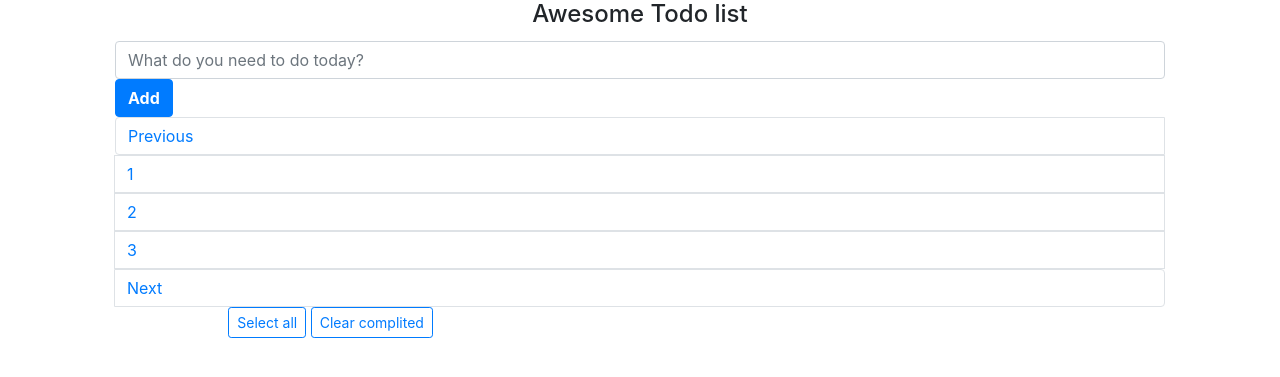
Repository: alohamylight/todolist
Page: index.html
The author's editor kept a copy of each file at every save. The page is drawn from the files as they stood at one save, then again after the next save.
The browser window is 1280 px wide. The pictures show the whole page.
Empty fields were first filled with sample values (such as "Sample", 5 or name@example.com).
After loading, the first visible `#add` was clicked once.
Some web libraries are served in a nearby version.

Above is the page before, as saved 2021-06-04 12:35:27.
Console error: ReferenceError: counter is not defined

### index.html
<!DOCTYPE html>
<html lang="ru">
 <head>
<meta charset="utf-8">
<meta name="viewport" content="width=device-width, initial-scale=1, shrink-to-fit=no">
<!-- Bootstrap CSS -->
<link rel="stylesheet" href="https://maxcdn.bootstrapcdn.com/bootstrap/4.0.0/css/bootstrap.min.css" integrity="sha384-Gn5384xqQ1aoWXA+058RXPxPg6fy4IWvTNh0E263XmFcJlSAwiGgFAW/dAiS6JXm" crossorigin="anonymous">
 </head>
 <body>
        <div class="container">
            <div class="col-md-auto" id="todo_list">
                        <h4 class="card-title text-center">Awesome Todo list</h4>
                        <div class="container" id="create_new_todo">
                            <input type="text" class="form-control todo-list-input" id="message" placeholder="What do you need to do today?">
                            <button class="add btn btn-primary font-weight-bold todo-list-add-btn" onclick="func()" id="add">Add</button>
                            <nav aria-label="Page navigation example">
                                <ul class="list-group pagination" id= "todo">
                                    <li class="page-item"><a class="page-link" href="#">Previous</a></li>
                                    <li class="page-item"><a class="page-link" href="#">1</a></li>
                                    <li class="page-item"><a class="page-link" href="#">2</a></li>
                                    <li class="page-item"><a class="page-link" href="#">3</a></li>
                                    <li class="page-item"><a class="page-link" href="#">Next</a></li>
                                </ul>
                            </nav>
                        <!--<button class="add btn btn-primary font-weight-bold todo-list-add-btn" class="del">Deleted</button> -->
                        </div>
        </div>
        </div>
        <div class="container col-md-8">
            <button id="btn-on" class="btn btn-sm btn-outline-primary">Select all</button>
            <button id="btn-off" class="btn btn-sm btn-outline-primary">Clear complited</button>
        </div>
<script src="https://code.jquery.com/jquery-3.2.1.slim.min.js" integrity="sha384-KJ3o2DKtIkvYIK3UENzmM7KCkRr/rE9/Qpg6aAZGJwFDMVNA/GpGFF93hXpG5KkN" crossorigin="anonymous"></script>
<script src="https://cdnjs.cloudflare.com/ajax/libs/popper.js/1.12.9/umd/popper.min.js" integrity="sha384-ApNbgh9B+Y1QKtv3Rn7W3mgPxhU9K/ScQsAP7hUibX39j7fakFPskvXusvfa0b4Q" crossorigin="anonymous"></script>
<script src="https://maxcdn.bootstrapcdn.com/bootstrap/4.0.0/js/bootstrap.min.js" integrity="sha384-JZR6Spejh4U02d8jOt6vLEHfe/JQGiRRSQQxSfFWpi1MquVdAyjUar5+76PVCmYl" crossorigin="anonymous"></script>
<!-- Подключаем jQuery -->
<script src="https://cdnjs.cloudflare.com/ajax/libs/jquery/2.1.3/jquery.min.js">
</script>
<script src="example.js"></script>
 </body>
</html>

### example.js
let AddTaskBtn = $("#add");
let DeskTaskInput = $("#message");
let todo = $("#todo");
let get__id= $("#get__get");

let state = {
  tasks: [],
}
let TodoList = [];


function func() {
    if (!DeskTaskInput.val()) return;
    let newTodo = {
      todo: DeskTaskInput.val(),
      checked: false
    };
    if (DeskTaskInput.val()=="") //checking for empty string
    {}
    else{
      TodoList.push(newTodo);
      DeskTaskInput.val('');
      MyFunc();
    }
    i++;
};
$("html").on('click',".123", function(){
  for (j = 0; j< TodoList.length; ++j) {
  if(TodoList[j].checked == false)
  {
    TodoList[j].checked = true;
    console.log(TodoList[j].checked);}
  else {
    TodoList[j].checked = false;
    console.log(TodoList[j].checked)}
}});
let massive= []
function MyFunc(){
  let OurTask=
    `<div class="div_container" id=`+counter+`><li class='li page-item disabled '>
      <input type='checkbox' class="123" id='get_`+counter+`'>
      <label>`+TodoList[counter].todo+`</label>
      <span class="task__delete"> <img src="icon.png"/> </span>
    </li></div>`;
    counter++;
  $('#todo').prepend(OurTask);

};



$('#btn-on').click(function(){
	$('body input:checkbox').prop('checked', true);
});

$('#btn-off').on('click', function(){
  for (j = 0; j< TodoList.length; ++j) {
    if(TodoList[j].checked == true)
    {
    console.log(TodoList[j]);
    TodoList.splice(TodoList[j],1);
    console.log(TodoList);
    $(TodoList[j]).closest(TodoList[j]).remove(TodoList[j]);
  }
}});

//добавление todo по enter
$(document).on('keydown',function(e) {
  if(e.which == 13) {
 func();
}
});

$("#todo").on("click","img",function(){
  const id = $(this).closest("div").attr("id");
  console.log(id);
  TodoList.splice(id,1);
  $(this).closest("div").remove();
})



$("html").on("click","input",function(){
  if ($(this).closest("div").attr("class")=="div_container"){
    if($(this).attr("checked")=="checked"){

    }
    else{
      var $id= ($(this).attr("id")).slice(-1);


    }
  }

})


/*
$('#btn-off').click(function(){
  if($(`#item_${Date.now()}`).is(':checked')){
  $(`#item_${Date.now()}`).remove(`#item_${Date.now()}`)}
});
*/

//функция нахождения checked'a

/*
  let t = TodoList[TodoList.length - 1];
  console.log(TodoList[TodoList.length - 1]);
  j++;
  massive.push($('input.radioListMode:checked').val());
  $('TodoList[TodoList.length - 1]')
  if ($('body input:checkbox').is(':checked')) {
  mass_checked.push(t);
    };
*/
  /*$(".task__delete").on('click', function (event){
    const id = $(this).closest("li").attr("class");
   console.log(id);
   if ($(this).attr("class")==id) {}
  })
  */

/*let get = $(`#get_${j}`);
$('.list-group.pagination').on('click', get, function(event) {
  if (event.target.nodeName === "INPUT") {
    console.log(TodoList)
  }
  // const isCheck = get.checked;
//  massive.push($('input.radioListMode:checked').val());
});
*/

After the next save:
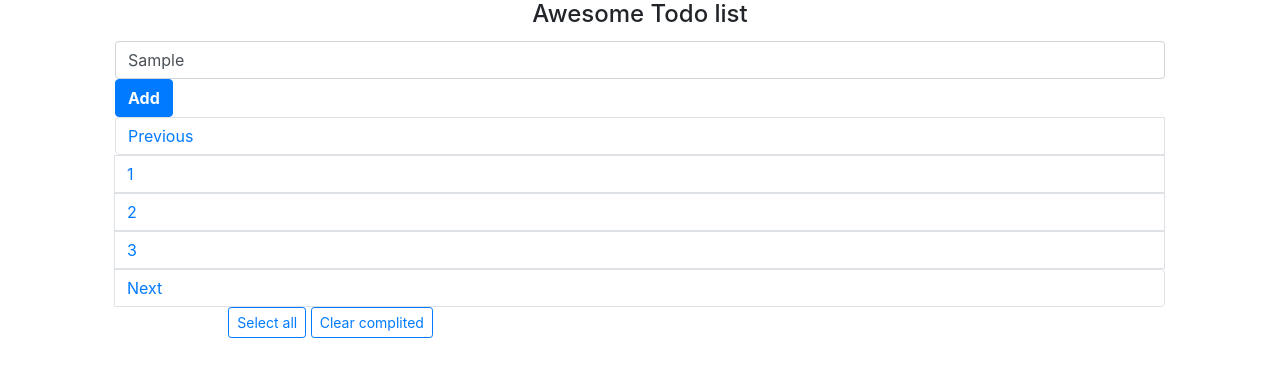
Console error: SyntaxError: Unexpected token '}'
Saved 13 s later.
--- a/example.js
+++ b/example.js
@@ -15,9 +15,6 @@
       todo: DeskTaskInput.val(),
       checked: false
     };
-    if (DeskTaskInput.val()=="") //checking for empty string
-    {}
-    else{
       TodoList.push(newTodo);
       DeskTaskInput.val('');
       MyFunc();

After the 3 saves that followed:
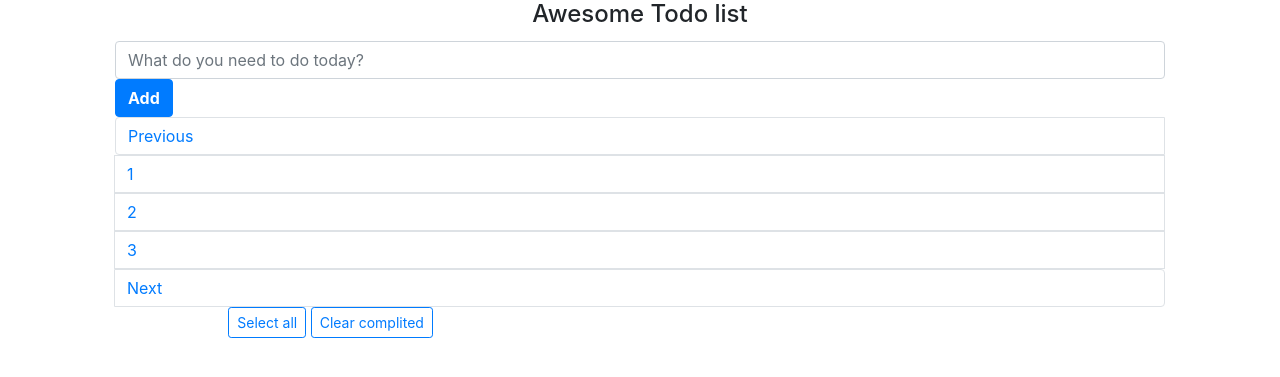
Console error: ReferenceError: counter is not defined
The 3 saves are shown as one change because they came seconds apart.
The last was saved 10 s later.
--- a/example.js
+++ b/example.js
@@ -15,10 +15,9 @@
       todo: DeskTaskInput.val(),
       checked: false
     };
-      TodoList.push(newTodo);
-      DeskTaskInput.val('');
-      MyFunc();
-    }
+    TodoList.push(newTodo);
+    DeskTaskInput.val('');
+    MyFunc();
     i++;
 };
 $("html").on('click',".123", function(){
